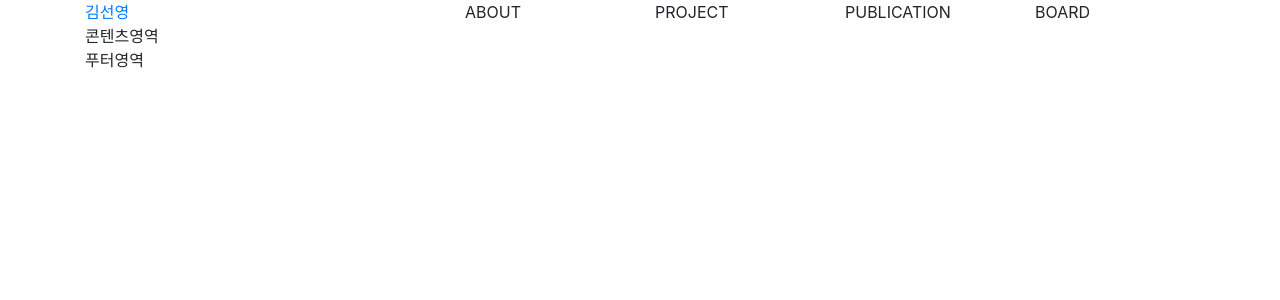
Repository: supremest35/web-projects
Page: http://localhost/noticeboard/
These files come from the project's save history. The page is drawn as it stood at one moment and after the next save; the edit follows.
The browser window is 1280 px wide. The pictures show the whole page.
The page is served by Tomcat 9.

Above is the page before, as saved 2020-12-06 03:00:12.

After the next save:
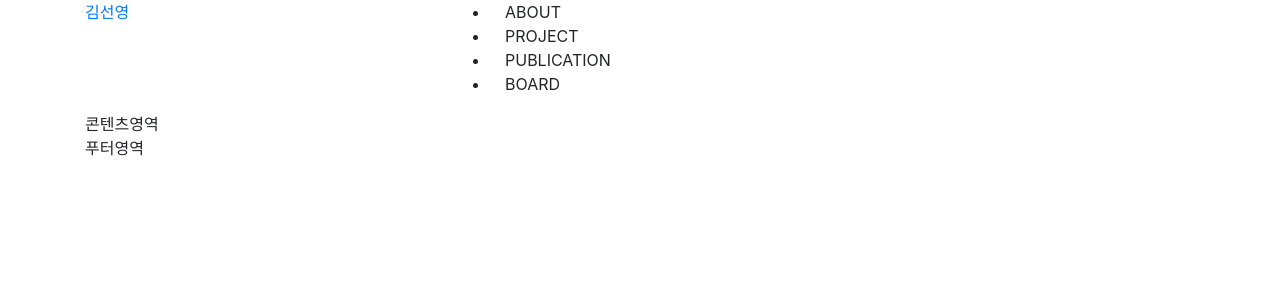
Saved 72 s later.
--- a/noticeboard/WebContent/index.jsp
+++ b/noticeboard/WebContent/index.jsp
@@ -16,10 +16,15 @@
 	<div class="row">
 		<div class="col-2"><a href="index.jsp">김선영</a></div>
 		<div class="col-2"></div>
-		<div class="col-2">ABOUT</div>
-		<div class="col-2">PROJECT</div>
-		<div class="col-2">PUBLICATION</div>
-		<div class="col-2">BOARD</div>
+		<ul>
+			<li><div class="col-2">ABOUT</div></li>
+			<li><div class="col-2">PROJECT</div></li>
+			<li><div class="col-2">PUBLICATION</div></li>
+			<li><div class="col-2">BOARD</div></li>
+		</ul>
+
+
+
 	</div>
 	<div class="row">
 		<div class="col-12">콘텐츠영역</div>
